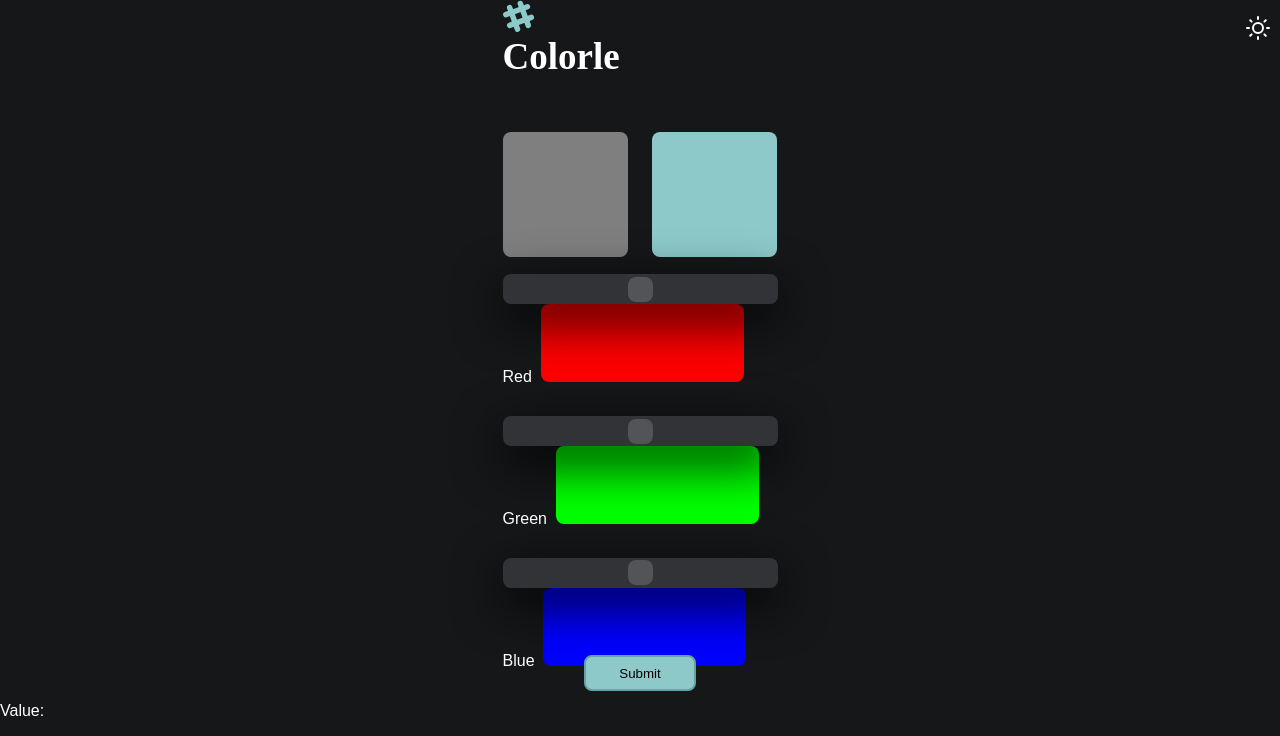
Repository: Artem-Melnik/Colorle
Page: index.html
An editor plug-in stored every save of this project. The page is shown before and after the next save, followed by the edit.
The browser window is 1280 px wide. The pictures show the whole page.

Above is the page before, as saved 2022-05-14 21:57:16.

### index.html
<!-- TODO: Change text/icon color -->
<!-- TODO: Represent guess correctness using Linear-style icons -->
<!-- TODO: Replace Colorle text logo with SVG/image due to font problems -->
<!-- TODO: Add textboxes where player can enter exact RGB values -->
<!DOCTYPE html>
<html>
  <head>
    <title>Parcel Sandbox</title>
    <link rel="stylesheet" href="styles.css">
    <meta charset="UTF-8" />
    <meta name="viewport" content="width=device-width" />
  </head>

  <script
    src="https://ajax.googleapis.com/ajax/libs/jquery/3.6.0/jquery.min.js"
    type="text/javascript"
  ></script>
  <script
    src="https://ajax.googleapis.com/ajax/libs/jqueryui/1.13.1/jquery-ui.min.js"
    type="text/javascript"
  ></script>
  <!-- Host feather icons locally and remove CDN? -->
  <script src="https://unpkg.com/feather-icons"></script>
  <script>
      feather.replace();
    </script>
  <script type="module" src="index.js" type="text/javascript"></script>

  <body>
    <div id="app"></div>
    <div class="topBar">
      <div id="header">
        <img id="logo" src="assets/logo.svg">
        <p id="title">Colorle</p>
      </div>
      <p>
        <button type="button" id="themeToggle">
          <img src="assets/sun-icon.svg">
          <!-- <i id="themeIcon" data-feather="sun"></i> -->
        </button>
      </p>
    </div>

    <div id="topColors">
      <div id="previewAll"></div>
      <div id="correctColor"></div>
    </div>
    <div id="redContainer">
      <input
        type="range"
        min="0"
        max="255"
        value="128"
        class="slider"
        id="sliderRed"
      />
      <p class="currentColor" id="currentRed">Red</p>
      <p class="rating" id="ratingRed"></p>
      <div id="previewRed"></div>
    </div>
    <div id="greenContainer">
      <input
        type="range"
        min="0"
        max="255"
        value="128"
        class="slider"
        id="sliderGreen"
      />
      <p class="currentColor" id="currentGreen">Green</p>
      <p class="rating" id="ratingGreen"></p>
      <div id="previewGreen"></div>
    </div>
    <div id="blueContainer">
      <input
        type="range"
        min="0"
        max="255"
        value="128"
        class="slider"
        id="sliderBlue"
      />
      <p class="currentColor" id="currentBlue">Blue</p>
      <p class="rating" id="ratingBlue"></p>
      <div id="previewBlue"></div>
    </div>
    <div class="guessText">
      <p>Value: <span id="guessColor"></span></p>
    </div>
    <div class="buttonContainer">
      <button type="button" id="submitButton">Submit</button>
    </div>
  </body>
</html>

### styles.css
body {
  font-family: sans-serif;
  margin: 0;
  background: #151718;
  color: #ffffff;
}

.lightTheme {
  background: #ffffff;
  color: #151718;
}

/* Changes the correctColor gradient to dark/black */
/* .correctColorDark {
  background-image: linear-gradient(
    to bottom,
    rgba(0, 0, 0, 0),
    rgba(0, 0, 0, 1) 100%
  ) !important;
} */

#header {
  display: block;
  position: relative;
  margin-left: auto;
  margin-right: auto;
  margin-bottom: 7%;
  width: 275px;
  height: 42px;
  align-items: center;
}

#logo {
  position: relative;
  justify-content: center;
  /* align-items: center; */
  margin: none;
  width: 32px;
  height: 32px;
}

#title {
  font-family: "Asap";
  font-style: normal;
  font-weight: 700;
  font-size: 37px;
  line-height: 42px;
  /* /* display: inline-block; */
  align-items: center; */
  /* text-align: center; */
  color: #535458;
  margin: 0px;
}

#themeToggle {
  width: 25px;
  height: 25px;
  position: absolute;
  right: 15px;
  top: 15px;
  color: grey;
  background: none;
  border: none;
  transform: scale(1);
  transition: all 0.5s;
}

#themeToggle:hover {
  transform: scale(1.2);
}

#themeIcon {
  color: grey;
  width: 25px;
  height: 25px;
  transform: scale(1);
  transition: all 0.5s;
}

#themeIcon.animate {
  color: grey;
  transform: scale(0);
}

.transform-active {
  /* background-color: blue;
  animation-name: darkToLight;
  animation-duration: 1s; */
  color: #151718;
}

.transform {
  -webkit-transition: all 2s ease;
  -moz-transition: all 2s ease;
  -o-transition: all 2s ease;
  -ms-transition: all 2s ease;
  transition: all 2s ease;
}

/* @keyframes darkTolight {
  0% {
    color: #ffffff;
  }
  100% {
    color: #151718;
  }
} */

/* #previewId {
  width: 100px;
  height: 100px;
  background-color: var(color);
  border: solid black;
} */

/* correctColor gradient */
/* #correctColor {
  position: absolute;
  top: 0px;
  width: 100%;
  height: 25%;
  background-color: var(color);
  margin: auto;
  background-image: linear-gradient(
    to bottom,
    rgba(255, 255, 255, 0),
    rgba(255, 255, 255, 1) 100%
  );
  z-index: -1;
} */

#topColors {
  width: 275px;
  margin: auto;
}

#correctColor {
  display: inline-block;
  position: relative;
  width: 125px;
  height: 125px;
  border-radius: 8px;
  margin-left: 10px;
}

#previewAll {
  background-color: rgb(127, 127, 127);
  display: inline-block;
  position: relative;
  width: 125px;
  height: 125px;
  border-radius: 8px;
  order: 1;
  margin-right: 10px;
}

#redContainer,
#greenContainer,
#blueContainer {
  display: auto;
  justify-content: center;
  margin: auto;
  width: 275px;
}

#sliderRed,
#sliderGreen,
#sliderBlue {
  display: block;
  -webkit-appearance: none;
  -moz-appearance: none;
  appearance: none;
  background: #323337;
  width: 275px;
  height: 30px;
  top: 100px;
  border-radius: 8px;
  margin: auto;
  margin-top: 5%;
  filter: drop-shadow(0px 15px 25px #000000);
}

#sliderRed::-webkit-slider-thumb,
#sliderGreen::-webkit-slider-thumb,
#sliderBlue::-webkit-slider-thumb {
  -webkit-appearance: none;
  appearance: none;
  width: 25px;
  height: 25px;
  background: #535458;
  cursor: pointer;
  border-radius: 8px;
}

#currentRed,
#currentGreen,
#currentBlue,
#ratingRed,
#ratingGreen,
#ratingBlue {
  display: inline-block;
  position: relative;
}

#previewRed,
#previewGreen,
#previewBlue {
  display: inline-block;
  position: relative;
  width: 203px;
  height: 78px;
  /* background-color: var(color); */
  /* border: solid black; */
  border-radius: 8px;
  margin: auto;
  z-index: -1;
}

#previewRed {
  background-color: rgb(255, 0, 0);
}

#previewGreen {
  background-color: rgb(0, 255, 0);
}

#previewBlue {
  background-color: rgb(0, 0, 255);
}

.buttonContainer {
  display: flex;
  justify-content: center;
}

#submitButton {
  position: fixed;
  width: 112px;
  height: 36px;
  bottom: 4%;
  border: 2px solid;
  border-radius: 8px;
  transition: all 0.3s ease 0s;
}

#submitButton:hover {
  position: fixed;
  width: 112px;
  height: 36px;
  bottom: 4%;
  border: 2px solid;
  border-radius: 8px;
  filter: drop-shadow(0px 10px 15px #8dc9c980);
  transform: translateY(-5px);
}

#submitButton:active {
  position: fixed;
  width: 112px;
  height: 36px;
  bottom: 4%;
  border: 2px solid;
  border-radius: 8px;
  filter: drop-shadow(0px 10px 15px #8dc9c980);
  transform: translateY(-1px);
}

### index.js
// document.getElementById("sliderRange").innerHTML = `
// <div class="slidercontainer"></div>
// `;
// var root = document.querySelector(":root");
// var slider = document.getElementById("sliderRange");
// // Change "demo" to something else?
// var sliderRange = document.getElementById("demo");
// sliderRange.innerHTML = slider.value;
let correctRed = 141;
let correctGreen = 201;
let correctBlue = 201;

let red;
let green;
let blue;
// TODO: Split correctRGB into 3 seperate colors
let correctRgb =
  "rgb(" + correctRed + ", " + correctGreen + ", " + correctBlue + ")";

function changeColor() {
  red = document.getElementById("sliderRed").value;
  green = document.getElementById("sliderGreen").value;
  blue = document.getElementById("sliderBlue").value;

  document.getElementById("previewRed").style.backgroundColor =
    "rgb(" + red + ", 0, 0)";
  document.getElementById("previewGreen").style.backgroundColor =
    "rgb(0," + green + ", 0)";
  document.getElementById("previewBlue").style.backgroundColor =
    "rgb(0, 0," + blue + ")";

  document.getElementById("currentRed").textContent = red;
  document.getElementById("currentGreen").textContent = green;
  document.getElementById("currentBlue").textContent = blue;
}

// Shows guess color when submit button is clicked
// Also checks how close the guess is to the correct color
function onSubmit() {
  document.getElementById("previewAll").style.backgroundColor =
    "rgb(" + red + ", " + green + ", " + blue + ")";
  document.getElementById("guessColor").textContent =
    "rgb(" + red + ", " + green + ", " + blue + ")";

  // TODO: Optimize code for red, green, and blue checks
  // Check if red guess is correct
if (red == correctRed) {
  document.getElementById('ratingRed').innerText = "SS";
} else if ((red > correctRed - 6) && (red < correctRed + 6)) {
  document.getElementById('ratingRed').innerText = "S";
} else if ((red > correctRed - 12) && (red < correctRed + 12)) {
  document.getElementById('ratingRed').innerText = "A";
} else if ((red > correctRed - 24) && (red < correctRed + 24)) {
  document.getElementById('ratingRed').innerText = "B";
} else if ((red > correctRed - 48) && (red < correctRed + 48)) {
  document.getElementById('ratingRed').innerText = "C";
} else {
  document.getElementById('ratingRed').innerText = "D";
}

  // Does same thing as red check but for green
if (green == correctGreen) {
  document.getElementById('ratingGreen').innerText = "SS";
} else if ((green > correctGreen - 6) && (green < correctGreen + 6)) {
  document.getElementById('ratingGreen').innerText = "S";
} else if ((green > correctGreen - 12) && (green < correctGreen + 12)) {
  document.getElementById('ratingGreen').innerText = "A";
} else if ((green > correctGreen - 24) && (green < correctGreen + 24)) {
  document.getElementById('ratingGreen').innerText = "B";
} else if ((green > correctGreen - 48) && (green < correctGreen + 48)) {
  document.getElementById('ratingGreen').innerText = "C";
} else {
  document.getElementById('ratingGreen').innerText = "D";
}

  // Does same thing as red check but for blue
if (blue == correctBlue) {
  document.getElementById('ratingBlue').innerText = "SS";
} else if ((blue > correctBlue - 6) && (blue < correctBlue + 6)) {
  document.getElementById('ratingBlue').innerText = "S";
} else if ((blue > correctBlue - 12) && (blue < correctBlue + 12)) {
  document.getElementById('ratingBlue').innerText = "A";
} else if ((blue > correctBlue - 24) && (blue < correctBlue + 24)) {
  document.getElementById('ratingBlue').innerText = "B";
} else if ((blue > correctBlue - 48) && (blue < correctBlue + 48)) {
  document.getElementById('ratingBlue').innerText = "C";
} else {
  document.getElementById('ratingBlue').innerText = "D";
}

  // if ("rgb(" + red + "," + green + "," + blue + ")" === "rgb(141,201,201)") {
  //   alert("Correct!");
  // }
}

$("#themeToggle").click(function () {
  $("#themeIcon").toggleClass("animate");
});

function themeSwitch() {
  document.body.classList.toggle("lightTheme");
  document.getElementById("correctColor").classList.toggle("correctColorDark");
}

document.getElementById("correctColor").style.backgroundColor = correctRgb;
document.getElementById("submitButton").style.backgroundColor = correctRgb;
document.getElementById("submitButton").style.borderColor =
  "rgb(" +
  (correctRed - 38) +
  ", " +
  (correctGreen - 38) +
  ", " +
  (correctBlue - 38) +
  ")";

document.getElementById("sliderRed").addEventListener("input", changeColor);
document.getElementById("sliderGreen").addEventListener("input", changeColor);
document.getElementById("sliderBlue").addEventListener("input", changeColor);
document.getElementById("submitButton").addEventListener("click", onSubmit);
document.getElementById("themeToggle").addEventListener("click", themeSwitch);

// Plugs in sliderRange for green in RGB
// Outputs the value of the slider
// slider.oninput = function () {
//   sliderRange.innerHTML = this.value;
//   root.style.setProperty("--green", sliderRange);
//   alert(sliderRange);
// };

After the next save:
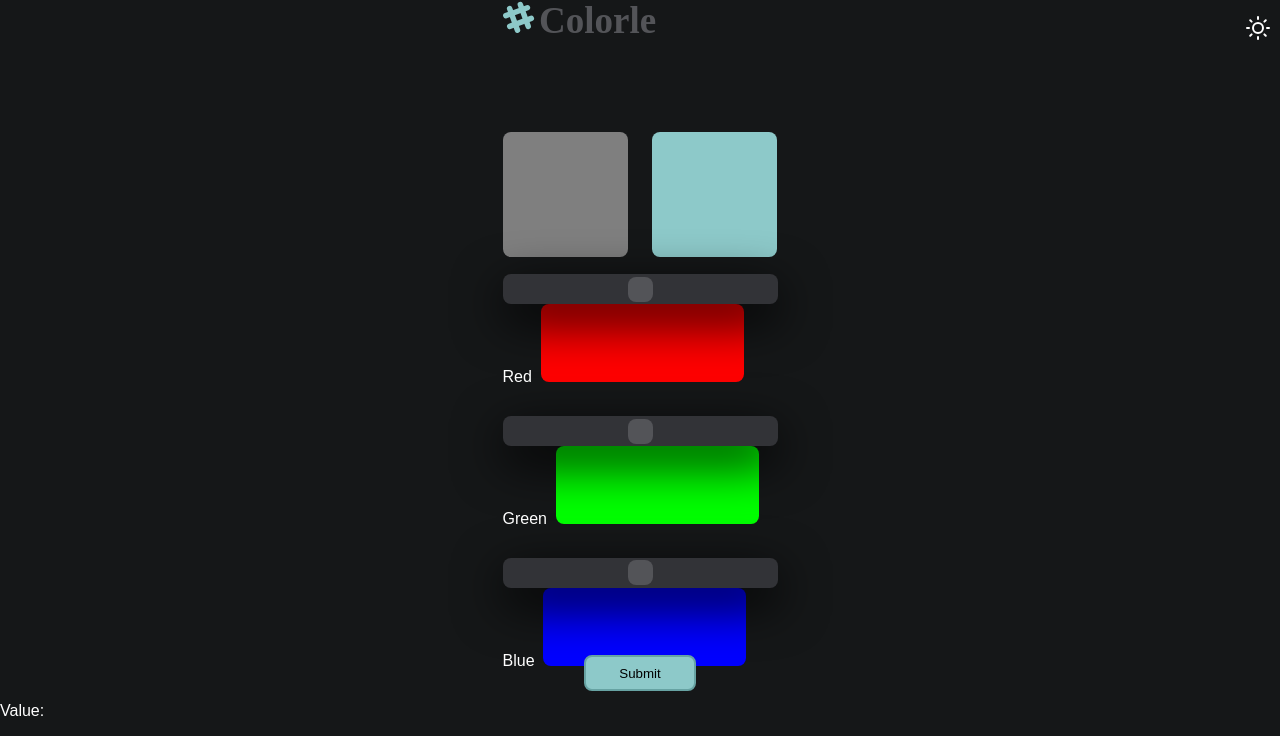
Saved 12 s later.
--- a/styles.css
+++ b/styles.css
@@ -45,8 +45,8 @@ body {
   font-weight: 700;
   font-size: 37px;
   line-height: 42px;
-  /* /* display: inline-block; */
-  align-items: center; */
+  display: inline-block;
+  /* align-items: center; */
   /* text-align: center; */
   color: #535458;
   margin: 0px;
